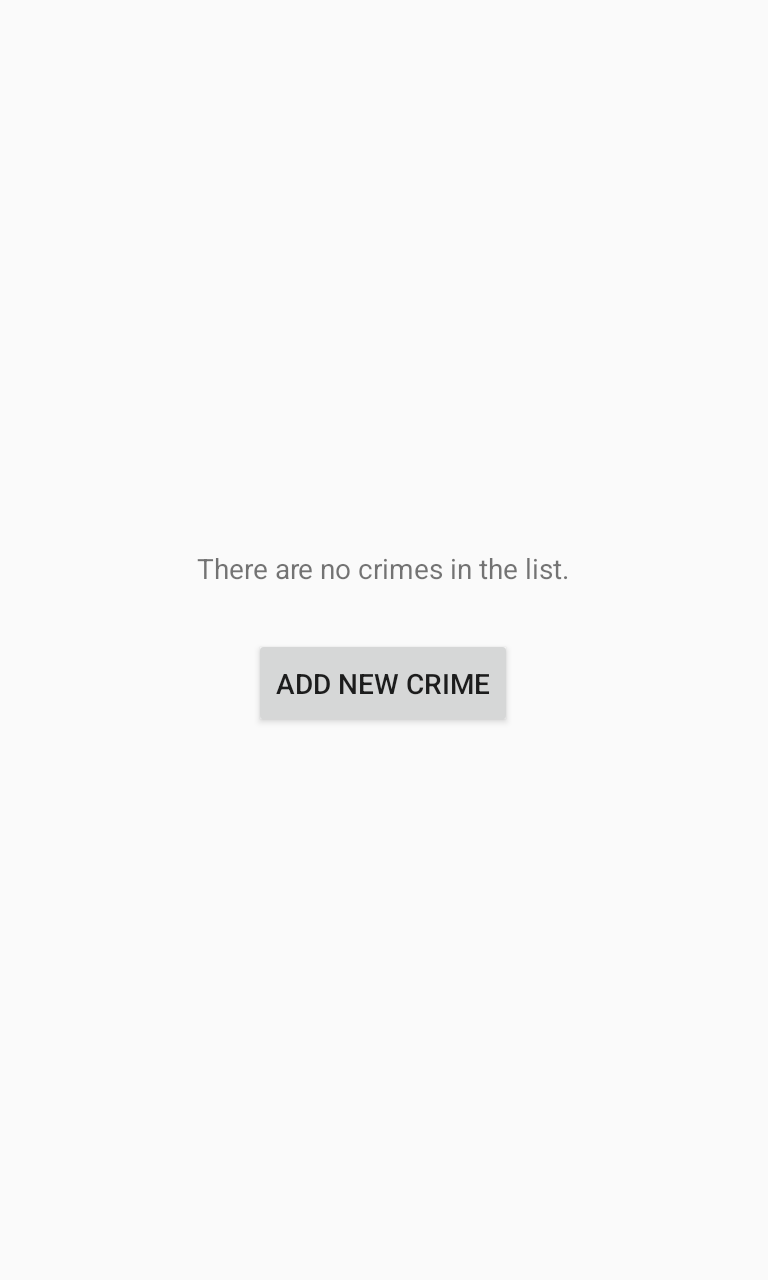
Repository: Jeedan/learning-android-apps
Layout: CriminalIntent/res/layout/fragment_list_empty.xml
An editor plug-in stored every save of this project. The layout is shown before and after the next save, followed by the edit.
It is drawn on a 768 x 1280 px phone screen (xhdpi) without system bars, with theme AppTheme; the app's code is not run. Lists and similar views that code fills are empty.

Above is the layout before, as saved 2014-10-23 10:16:32.

### CriminalIntent/res/layout/fragment_list_empty.xml
<?xml version="1.0" encoding="utf-8"?>
<FrameLayout xmlns:android="http://schemas.android.com/apk/res/android"
    android:id="@+id/fragmentEmptyContainer"
    android:layout_width="match_parent"
    android:layout_height="match_parent">

   <ListView
      android:id="@android:id/list"
      android:layout_width="wrap_content"
      android:layout_height="wrap_content" />

   <LinearLayout
       android:layout_width="wrap_content"
       android:layout_height="wrap_content"
       android:orientation="vertical"
       android:layout_gravity="center">
    <TextView
        android:id="@android:id/empty"
        android:layout_width="wrap_content"
        android:layout_height="wrap_content"
        android:text="@string/empty_list"/>

    <Button
        android:id="@+id/add_crime_button"
        android:layout_width="wrap_content"
        android:layout_height="wrap_content"
        android:text="@string/add_new_crime_button_label"
        android:layout_gravity="center"
        android:layout_marginTop="24dp"/>
   </LinearLayout>
</FrameLayout>

### CriminalIntent/res/values/strings.xml
<?xml version="1.0" encoding="utf-8"?>
<resources>

    <string name="app_name">CriminalIntent</string>
    <string name="action_settings">Settings</string>

    <!-- Crime Activity -->
    <string name="title_activity_crime">CrimeActivity</string>
    <string name="crime_title_hint">Enter a title for the crime</string>
    <string name="crime_title_label">Title</string>
    <string name="crime_details_label">Details</string>
    <string name="crime_solved_label">Solved?</string>
    <string name="crimes_title">Crimes</string>
    <string name="date_picker_title">Date of crime:</string>
    <string name="add_new_crime_button_label">Add new crime</string>

    <string name="new_crime">New Crime</string>
    <string name="show_subtitle">Show Subtitle</string>
    <string name="hide_subtitle">Hide Subtitle</string>
    <string name="subtitle">If you see something, say something.</string>
    <string name="delete_crime">Delete</string>

    <string name="empty_list">There are no crimes in the list.</string>
</resources>

Loaded but not shown: CriminalIntent/res/values/styles.xml (common file); CriminalIntent/res/values-v11/styles.xml (common file); CriminalIntent/res/values-v14/styles.xml (common file)

After the next save:
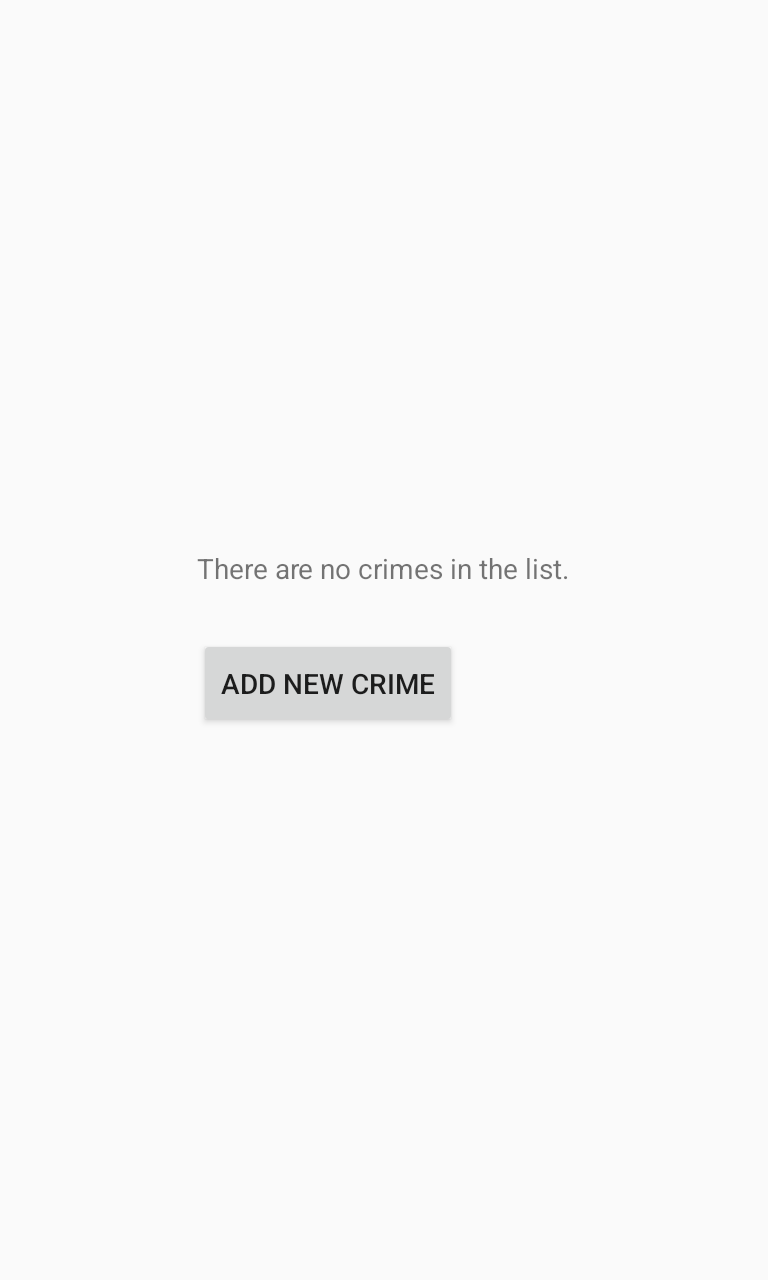
Saved 4 s later.
--- a/CriminalIntent/res/layout/fragment_list_empty.xml
+++ b/CriminalIntent/res/layout/fragment_list_empty.xml
@@ -25,7 +25,6 @@
         android:layout_width="wrap_content"
         android:layout_height="wrap_content"
         android:text="@string/add_new_crime_button_label"
-        android:layout_gravity="center"
         android:layout_marginTop="24dp"/>
    </LinearLayout>
 </FrameLayout>

After the save that followed:
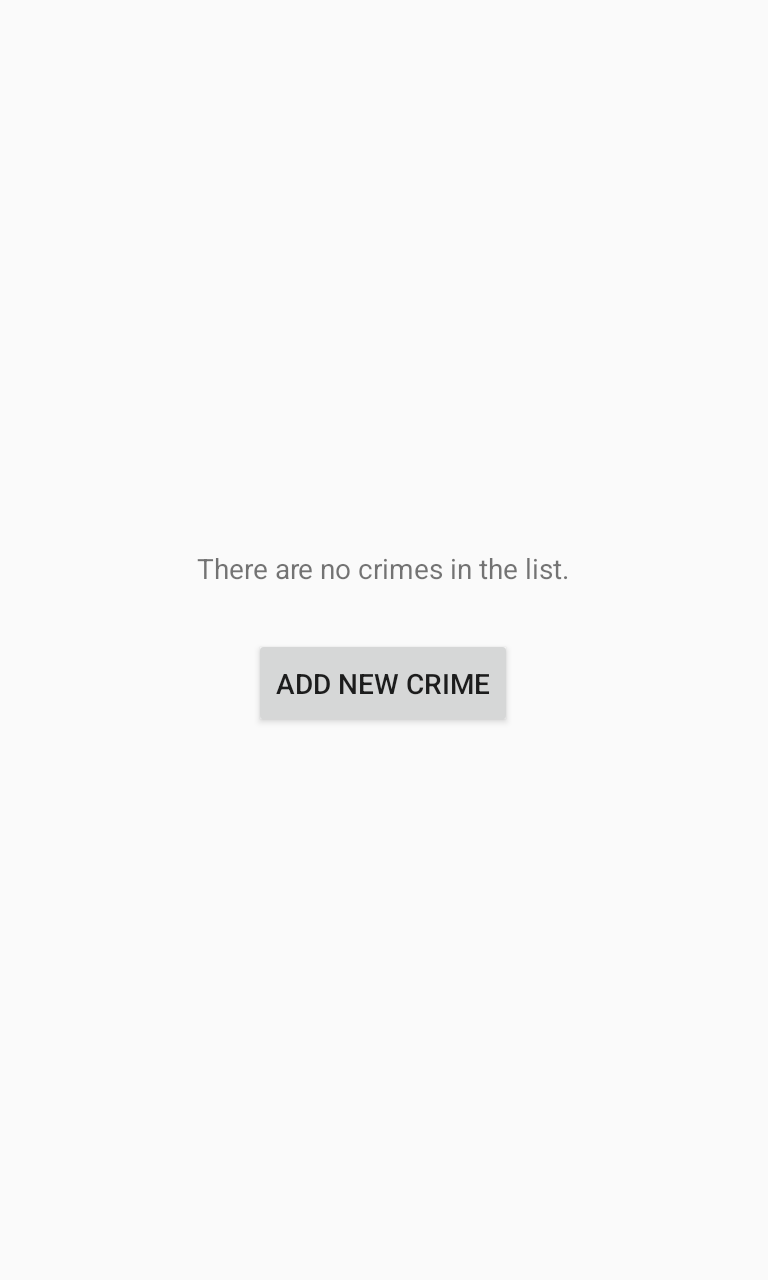
Saved 8 s later.
--- a/CriminalIntent/res/layout/fragment_list_empty.xml
+++ b/CriminalIntent/res/layout/fragment_list_empty.xml
@@ -18,13 +18,15 @@
         android:id="@android:id/empty"
         android:layout_width="wrap_content"
         android:layout_height="wrap_content"
-        android:text="@string/empty_list"/>
+        android:text="@string/empty_list"
+        android:layout_gravity="center" />
 
     <Button
         android:id="@+id/add_crime_button"
         android:layout_width="wrap_content"
         android:layout_height="wrap_content"
         android:text="@string/add_new_crime_button_label"
+        android:layout_gravity="center"
         android:layout_marginTop="24dp"/>
    </LinearLayout>
 </FrameLayout>
